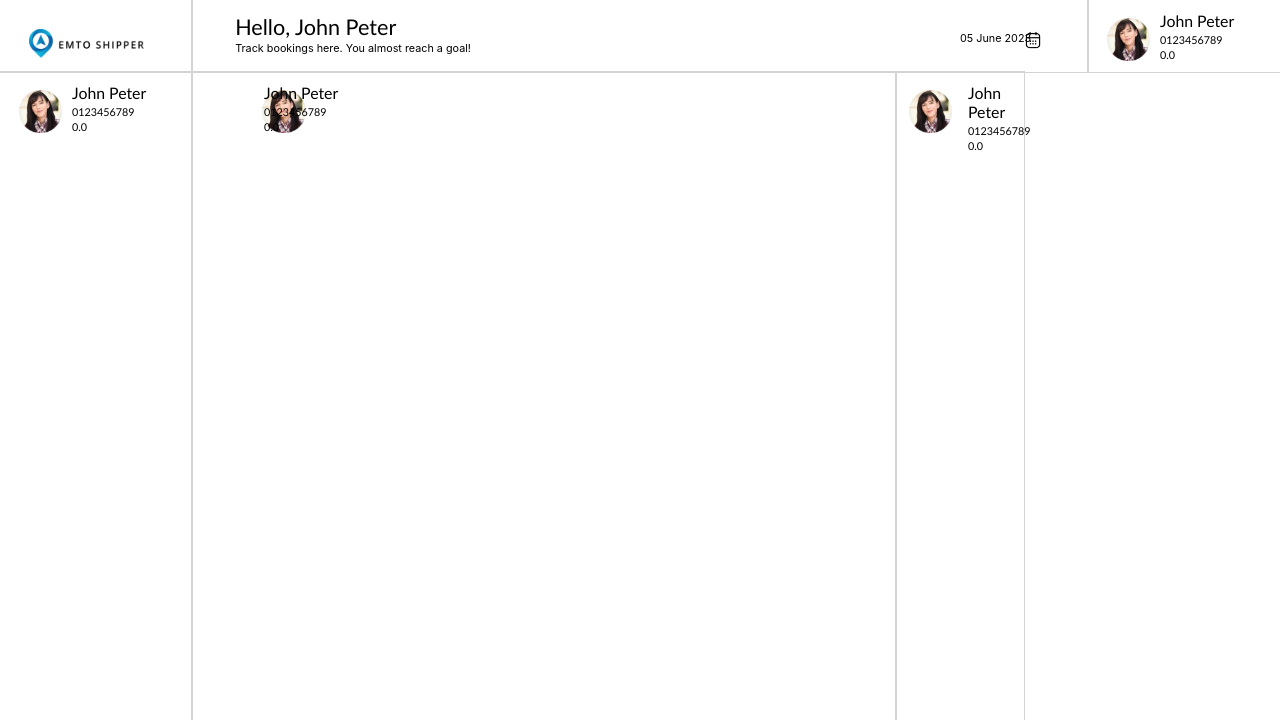
Repository: RoshanArun/Emto-Web
Page: /dashboard (app in emto/reactfirst/)
These files come from the project's save history. The page is drawn as it stood at one moment and after the next save; the edit follows.
The browser window is 1280 px wide. The pictures show the whole page.
The project was rebuilt for these pictures with package versions that can differ from the ones it lists, and the page was loaded fresh each time. Also part of the build but not shown: emto/reactfirst/src/pages/SignUp/SignUp.css, emto/reactfirst/src/pages/SignUp/SignUp.js, emto/reactfirst/src/pages/Login/Login.js.

Above is the page before, as saved 2023-07-27 12:57:35.

### emto/reactfirst/src/App.js
import React from 'react';
import './pages/Login/Login.css';
import './pages/SignUp/SignUp.css';
import './pages/DashBoard/DashBoard.css';

import { BrowserRouter as Router, Routes, Route }
    from 'react-router-dom';

import SignUp from './pages/SignUp/SignUp';
import Login from './pages/Login/Login';
import DashBoard from './pages/DashBoard/DashBoard';


function App() {
    return (
        <Router>
            <Routes>
                <Route exact path='/' element={<Login />} />
                <Route path='/sign-up' element={<SignUp />} />
                <Route path='/dashboard' element={<DashBoard />} />
            </Routes>
        </Router>
    );
}

export default App;

### emto/reactfirst/src/pages/Login/Login.css
.wrapper {
  width: 100%;
  height: 100%;
  display: flex;
  flex-basis: 100%;
}

.page-left {
  width: 30%;
  min-width: 250px;
  height: 100vh;
  min-height: 570px;
  background-color: #f5f5f5;
}

.page-right {
  width: 100%;
  height: 75vh;
  background-color: #ffffff;
}

.logo {
  width: 60%;
  padding-top: 5%;
  padding-left: 5%;
  padding-bottom: 35%;
}

.truck {
  width: 100%;
  padding-bottom: 10%;
}

.emtocaption {
  width: 65%;
  padding-left: 7%;
  padding-bottom: 5%;
}

.box {
  width: 85%;
  background-color: white;
  border-radius: 25px;
  margin-left: 5%;
  padding-left: 5%;
  padding-top: 2%;
  padding-bottom: 10%;
}

.details {
  font-size: 13px;
  font-family: 'Gill Sans', 'Gill Sans MT', Calibri, 'Trebuchet MS', sans-serif;
  padding-bottom: 8%;
}

.link {
  font-size: 10px;
  font-family: 'Gill Sans', 'Gill Sans MT', Calibri, 'Trebuchet MS', sans-serif;
}

.signin-content {
  height: 85%;
  width: 240px;
  margin-left: auto;
  margin-right: auto;
  padding-top: 30vh;
  min-height: 300px;
}

.signin-label {
  font-size: 27px;
  padding-bottom: 10%;
  padding-right: 30%;
  font-family: 'Gill Sans', 'Gill Sans MT', Calibri, 'Trebuchet MS', sans-serif;
  float: left;
}

.num-label {
  float: left;
  font-size: 12px;
  margin-bottom: 7px;
  font-family: 'Gill Sans', 'Gill Sans MT', Calibri, 'Trebuchet MS', sans-serif;
}

.numinput {
  border-radius: 5px;
  border: 1px solid lightgrey;
  height: 35px;
  width: 235px;
  float: left;
}

input::-webkit-inner-spin-button {
  -webkit-appearance: none;
  margin: 0;
}

.small {
  display: block;
  margin-bottom: -10px;
}

.invalidnumber {
  font-size: 8px;
  float: right;
  color: red;
}

.OTP-label {
  float: left;
  font-size: 11px;
  margin-right: 200px;
  margin-bottom: 7px;
  font-family: 'Gill Sans', 'Gill Sans MT', Calibri, 'Trebuchet MS', sans-serif;
}

.OTPNUM-input {
  width: 50px;
  height: 50px;
  border-radius: 5px;
  border: 1px solid lightgrey;
  position: relative;
  margin-right: 6px;
}

.OTPNUM-inputend {
  width: 50px;
  height: 50px;
  border-radius: 5px;
  border: 1px solid lightgrey;
  position: relative;
}

.invalidOTP {
  font-size: 8px;
  float: right;
  color: red;
}

.submit-button {
  width: 240px;
  height: 35px;
  background-color: #0d69ae;
  color: white;
  border-radius: 5px;
  border: 1px solid lightgrey;
  font-family: 'Gill Sans', 'Gill Sans MT', Calibri, 'Trebuchet MS', sans-serif;
  font-size: 11px;
  margin-top: 10px;
}

.bottom {
  height: 5%;
  margin-top: 1.5%;
  width: 100%;
  font-size: 9px;
  font-family: 'Gill Sans', 'Gill Sans MT', Calibri, 'Trebuchet MS', sans-serif;
}

.terms {
  margin-left: 5px;
  float: left;
}

.language {
  font-size: 9px;
  float: right;
  font-family: 'Gill Sans', 'Gill Sans MT', Calibri, 'Trebuchet MS', sans-serif;
  padding: 3px;
  margin-right: 10px;
}

.radio-button {
  float: right;
  height: 10px;
  width: 10px;
}

@media (max-width: 600px) {
  .wrapper {
    flex-wrap: wrap;
  }

  div {
    flex-basis: 33%;
  }

  .page-left {
    width: 100%;
    min-width: 100%;
    height: 100%;
    background-color: #f5f5f5;
  }

  .box {
    width: 85%;
    background-color: white;
    border-radius: 25px;
    margin-left: 5%;
    padding-left: 5%;
    padding-top: 2%;
    padding-bottom: 5%;
    margin-bottom: 5%;
  }

  .page-right {
    width: 100%;
    min-width: 100%;
    height: 150vw;
    background-color: #f5f5f5;
  }

  .signin-content {
    height: 85%;
    width: 240px;
    padding-top: 25vh;
    text-align: center;

  }
}

### emto/reactfirst/src/pages/DashBoard/DashBoard.css
.dash{
  height: 100vh;
  width: 100vw;
  outline: 1px solid lightgray;
  min-height: 65px;
  display: flex;
  flex-wrap: wrap;
}

.dash-bottom{
  height: 10vh;
  width: 10vw;
  outline: 1px solid lightgray;
  min-height: 65px;
}

.top1{
  width: 15vw;
  height: 10vh;
  outline: 1px solid lightgray;
  min-height: 65px;
}

.top2{
  width: 70vw;
  height: 10vh;
  outline: 1px solid lightgray;
  min-height: 65px;
}

.top3{
  width: 15vw;
  height: 10vh;
  outline: 1px solid lightgray;
  min-height: 65px;
}

.bottom1{
  width: 15vw;
  height: 90vh;
  outline: 1px solid lightgray;
  min-height: 65px;
  margin: 0;
}

.bottom2{
  width: 55vw;
  height: 90vh;
  outline: 1px solid lightgray;
  min-height: 65px;
  margin: 0;
}

.bottom3{
  width: 10vw;
  height: 90vh;
  outline: 1px solid lightgray;
  min-height: 65px;
  margin: 0;
}








.dashboard-right{
  width: 100vw;
}

.right1{
  width: 60vw;
  height: 100vh;
  outline: 1px solid lightgray;
}

.right2{
  width: 10vw;
  height: 30vh;
  outline: 1px solid lightgray;
}

.dashboard-top {
  height: 10vh;
  width: 74vw;
  outline: 1px solid lightgray;
  min-height: 65px;
}

.dashboard-top2 {
  height: 10vh;
  width: 20vw;
  outline: 1px solid lightgray;
  min-height: 65px;
}

.dashboard-left {
  width: 15vw;
  height: 100vh;
  outline: 1px solid lightgray;
  min-width: 130px;
}

.dashboardlogo {
  width: 60%;
  margin-top: 15%;
  margin-bottom: 15%;
  margin-left: 15%;
}

.dashboardicon {
  margin-top: 12%;
  margin-left: 15%;
  width: 13%;
}

.dashboardlabels {
  margin-left: 7%;
  font-size: 1vw;
  position: relative;
  bottom: .5vw;
  font-family: 'Gill Sans', 'Gill Sans MT', Calibri, 'Trebuchet MS', sans-serif;
  color: black;
}

.pro {
  font-size: 1.0vw;
  font-weight: bold;
  text-align: center;
  display: block;
  margin-bottom: 5%;
  margin-top: 15%;
}

.unlock {
  display: block;
  font-size: .8vw;
  word-wrap: break-word;
  text-align: center;

}

.unlock2 {
  font-size: .8vw;
  text-align: center;
  display: block;

}

.upgrade {
  background-color: lightblue;
  border: none;
  border-radius: 15px;
  width: 45%;
  height: 3.5%;
  margin-left: auto;
  margin-right: auto;
  display: grid;
  margin-bottom: 15vh;


  text-align: center;
  font-size: .9vw;
  font-weight: bold;
  align-items: center;
}

.intro {
  font-size: 3vh;
  font-family: 'Gill Sans', 'Gill Sans MT', Calibri, 'Trebuchet MS', sans-serif;
  padding-left: 6vh;
  margin-top: 2vh;
  display: inline-block;
}

.introsub {
  margin-left: 6vh;
  font-size: 1.5vh;
  margin-top: 2px;
  display: flex;
}


.Calender {
  margin-left: auto;
  font-size: 1.5vh;
  position: absolute;
  top: 4.5%;
  left: 75%
}

.calenderIcon {
  width: 2.5vh;
  margin-left: 5vw;
  position: absolute;
  top: 4.25%;
  left: 75%
}

.profileIcon {
  width: 6vh;
  margin-left: 10%;
  margin-top: 2.5vh;
}

.userLabel {
  margin-left: 10vh;
  font-size: 2.2vh;
  position: relative;
  bottom: 7.5vh;
  font-family: 'Gill Sans', 'Gill Sans MT', Calibri, 'Trebuchet MS', sans-serif;
  color: black;
  display: block;
  margin-bottom: -17.5px
}

.userLabel2 {
  margin-left: 10vh;
  font-size: 1.5vh;
  position: relative;
  bottom: 7.5vh;
  font-family: 'Gill Sans', 'Gill Sans MT', Calibri, 'Trebuchet MS', sans-serif;
  color: black;
  display: block;
  margin-bottom: -17.5px
}

.box{
  margin-top: 5vh;
  height: 6vh;
  width: 12.5vw;
  outline: 1px solid lightgray;
  display: inline-block;
}

### emto/reactfirst/src/pages/DashBoard/DashBoard.js
import React from 'react';
import IMAGES from '../../Components';

const DashBoard = () => {
    return (
        <div class="DashBoard">
            <meta name="viewport" content="width=device-width, initial-scale=1.0" />
            <div class="wrapper">
                <div class="dash">
                    <div class="top1">
                        <img src={IMAGES.emtologo} class="dashboardlogo" alt="dashboardlogo" /><br></br>
                    </div>
                    <div class="top2">
                        <label class="intro">Hello, John Peter</label>
                        <label class="Calender">05 June 2023</label>
                        <img src={IMAGES.calender} class="calenderIcon" alt="dashboardlogo" /><br></br>
                        <label class="introsub">Track bookings here. You almost reach a goal!</label>
                    </div>
                    <div class="top3">
                        <img src={IMAGES.profile} class="profileIcon" alt="dashboardlogo" />
                        <label class="userLabel">John Peter</label><br></br>
                        <label class="userLabel2">0123456789</label><br></br>
                        <label class="userLabel2">0.0</label><br></br>
                    </div>

                    <div class="bottom1">
                        <img src={IMAGES.profile} class="profileIcon" alt="dashboardlogo" />
                        <label class="userLabel">John Peter</label><br></br>
                        <label class="userLabel2">0123456789</label><br></br>
                        <label class="userLabel2">0.0</label><br></br>
                    </div>

                    <div class="bottom2">
                        <img src={IMAGES.profile} class="profileIcon" alt="dashboardlogo" />
                        <label class="userLabel">John Peter</label><br></br>
                        <label class="userLabel2">0123456789</label><br></br>
                        <label class="userLabel2">0.0</label><br></br>
                    </div>

                    <div class="bottom3">
                        <img src={IMAGES.profile} class="profileIcon" alt="dashboardlogo" />
                        <label class="userLabel">John Peter</label><br></br>
                        <label class="userLabel2">0123456789</label><br></br>
                        <label class="userLabel2">0.0</label><br></br>
                    </div>

                </div>

                {/* <div class="dash-bottom">
                    <div class="bottom1">
                    <label class="userLabel">John Peter</label><br></br>

                    </div>
                    <div class="bottom2">

                    </div>
                    <div class="bottom3">

                    </div>
                </div> */}


                {/* <div class="dashboard-left">

                    <img src={IMAGES.dashboard} class="dashboardicon" alt="dashboardlogo" /><label class="dashboardlabels">Dashboard</label><br></br>
                    <img src={IMAGES.senders} class="dashboardicon" alt="dashboardlogo" /><label class="dashboardlabels">Senders</label><br></br>
                    <img src={IMAGES.recievers} class="dashboardicon" alt="dashboardlogo" /><label class="dashboardlabels">Recievers</label><br></br><br></br><br></br><br></br><br></br>
                    <label class="pro">Upgrade to Pro</label>
                    <label class="unlock">Get 1 Month Free</label>
                    <label class="unlock2">and Unlock</label><br></br>
                    <button class="upgrade">Upgrade</button>

                    <img src={IMAGES.settings} class="dashboardicon" alt="dashboardlogo" /><label class="dashboardlabels">Settings</label><br></br>
                    <img src={IMAGES.csx} class="dashboardicon" alt="dashboardlogo" /><label class="dashboardlabels">Help Desk</label><br></br>
                    <img src={IMAGES.logout} class="dashboardicon" alt="dashboardlogo" /><label class="dashboardlabels">Logout</label><br></br>
                </div>

                <div class="dashboard-right">

                    <div class="dashboard-top">

                    </div>

                    <div class="right1">
                        <div class="box">

                        </div>
                        <div class="box">

                        </div>
                        <div class="box">

                        </div>
                        <div class="box">

                        </div>
                        <div class="box">

                        </div>
                        <div class="box">

                        </div>
                        <div class="box">

                        </div>
                        <div class="box">

                        </div>
                        <div class="box">

                        </div>
                    </div>


                    <div class="right2"></div>

                </div> */}



                {/* <div class="dashboard-top2">

                </div> */}
            </div>


        </div>
    );
}



export default DashBoard;

### emto/reactfirst/src/Components/index.js
const IMAGES = {
    emtocaption: require('./emto-caption.png'),
    emtotruck: require('./emtotruck.jpg'),
    emtologo: require('./emto-logo.png'),

    dashboard: require('./business-report.png'),
    senders: require('./senders.png'),
    recievers: require('./recievers.png'),

    settings: require('./settings.png'),
    csx: require('./customer-service.png'),
    logout: require('./logout.png'),

    calender: require('./calendar.png'),
    profile: require('./profile.png')


}

export default IMAGES;

Loaded but not shown: emto/reactfirst/public/index.html (common file); emto/reactfirst/src/index.js (common file); emto/reactfirst/src/index.css (common file); emto/reactfirst/src/reportWebVitals.js (common file)

After the next save:
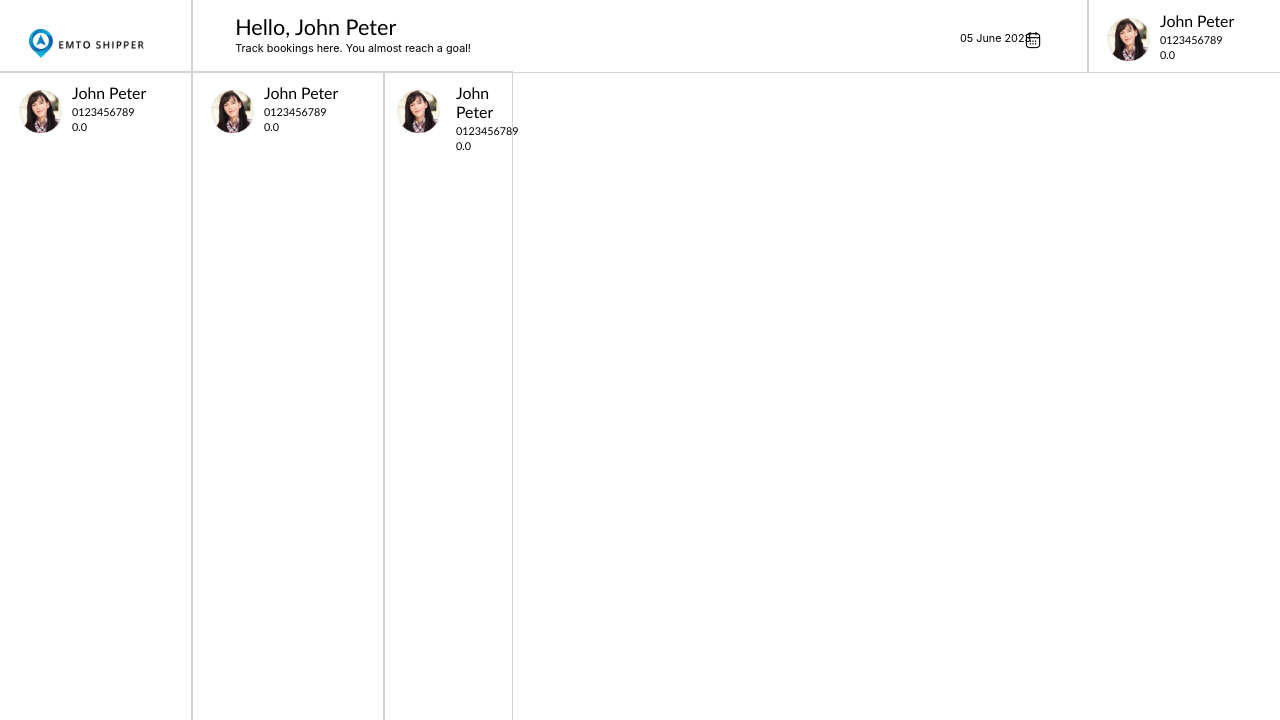
Saved 6 s later.
--- a/emto/reactfirst/src/pages/DashBoard/DashBoard.css
+++ b/emto/reactfirst/src/pages/DashBoard/DashBoard.css
@@ -44,7 +44,7 @@
 }
 
 .bottom2{
-  width: 55vw;
+  width: 15vw;
   height: 90vh;
   outline: 1px solid lightgray;
   min-height: 65px;
